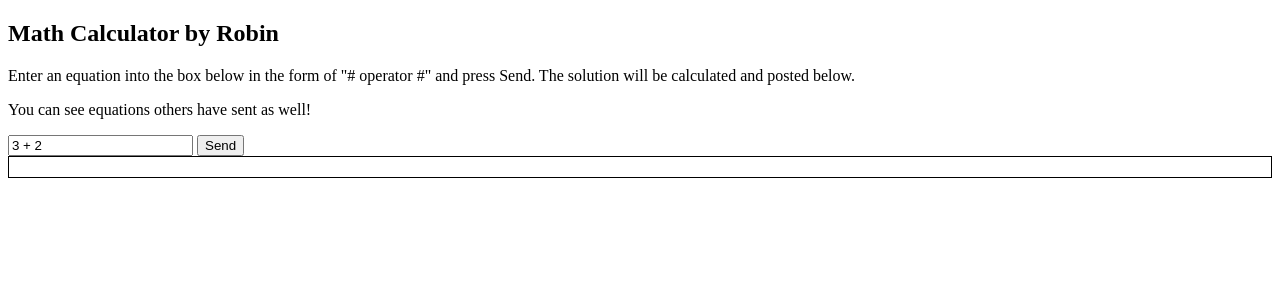
Repository: robinexcalibur/BasicMathServer
Page: EclipseMathWebServer/MathWebServer/WebContent/index.html
These files come from the project's save history. The page is drawn as it stood at one moment and after the next save; the edit follows.
The browser window is 1280 px wide. The pictures show the whole page.
The page's requests for data from a server got no answer.

Above is the page before, as saved 2020-05-27 19:02:01.

After the next save:
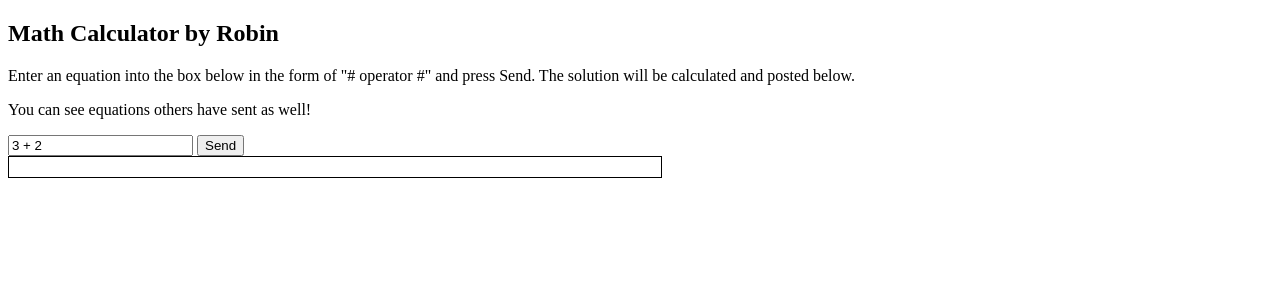
Saved 12 s later.
--- a/EclipseMathWebServer/MathWebServer/WebContent/index.html
+++ b/EclipseMathWebServer/MathWebServer/WebContent/index.html
@@ -39,7 +39,7 @@
 	<input id="equation" type="text" name="equation" value="3 + 2">
 	<input type="submit" value="Send" onclick="postEquation()">
 
-	<div id="equa" style="padding:10px; border: 1px solid black;"></div>
+	<div id="equa" style="padding:10px; border: 1px solid black;width:50%;"></div>
 
 </body>
 </html>
